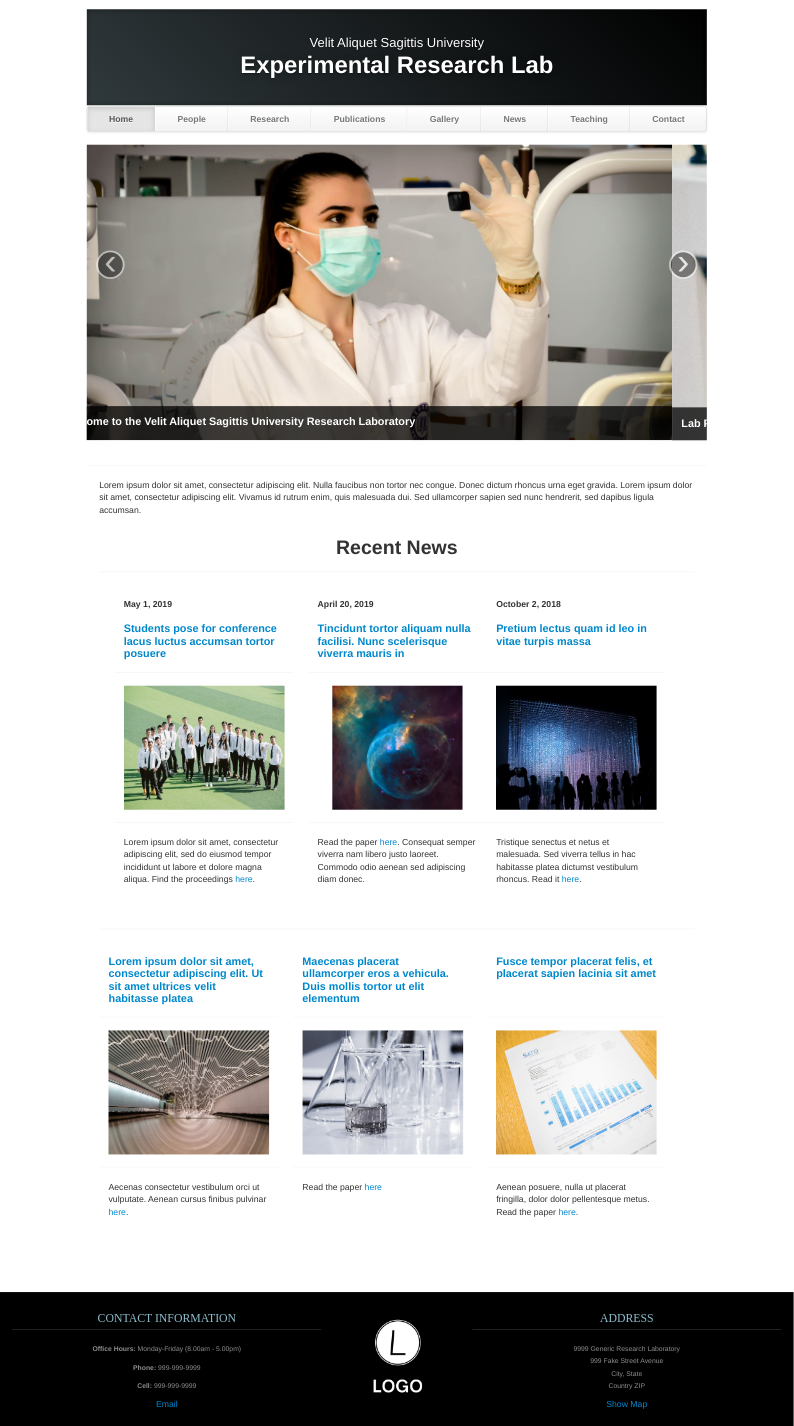
Repository: IAEUC/iaeuc.github.io
Page: index.html
An editor plug-in stored every save of this project. The page is shown before and after the next save, followed by the edit.
The browser window is 1280 px wide. The pictures show the whole page, at 62% of full size.

Above is the page before, as saved 2025-07-27 16:16:06.

After the next save:
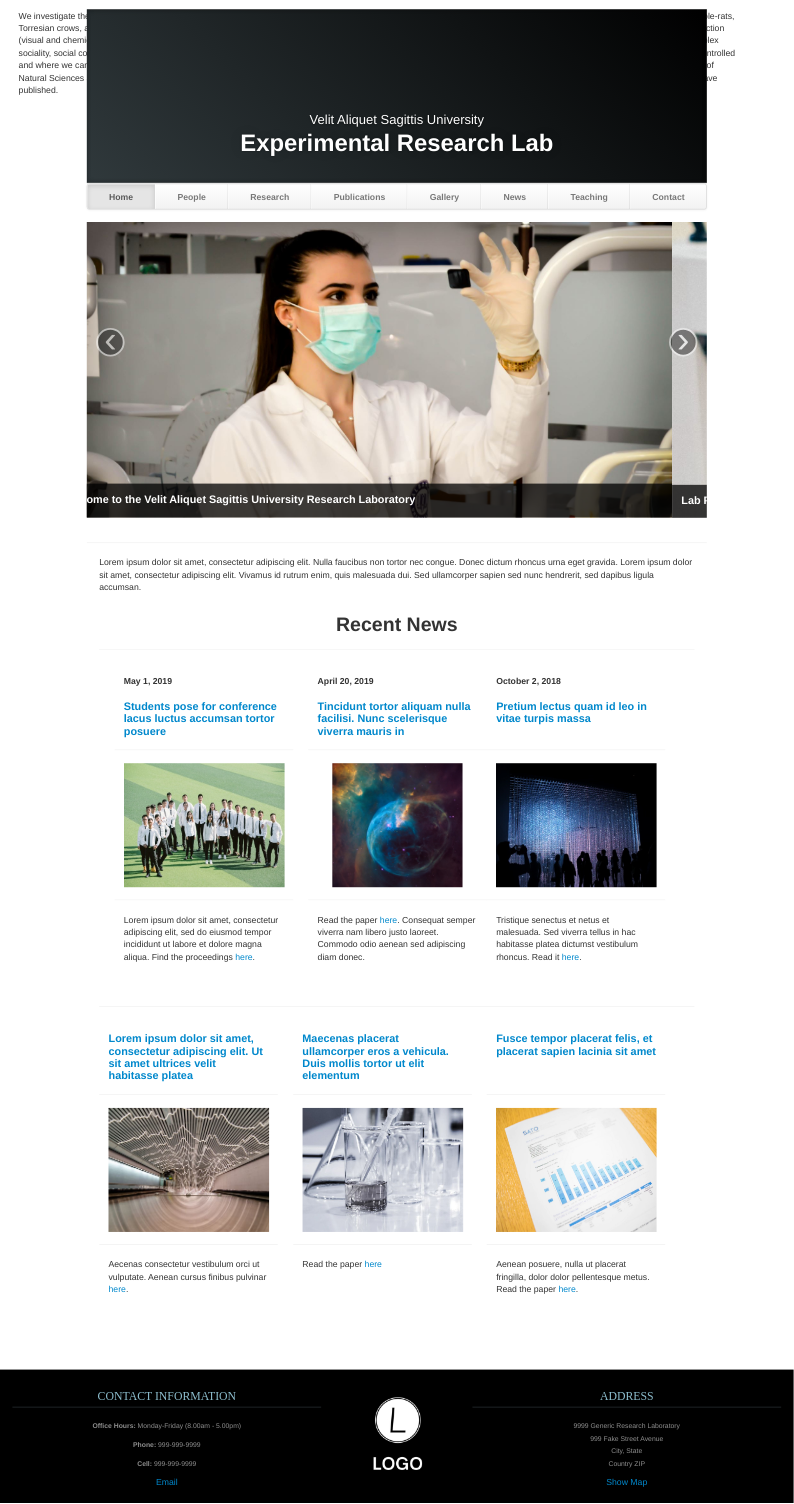
Saved 11 days later.
--- a/index.html
+++ b/index.html
@@ -12,6 +12,19 @@
       <link href="css/theme.css" rel="stylesheet">
    </head>
    <body>
+
+   <div class="span12">
+      <p>
+         We investigate the behaviour, ecology and evolution of lizards. In addition to lizards, we sometimes work on frogs, including cane toads, and have previously worked on snakes, mole-rats, Torresian crows, a turtle, and Malawi cichlids. We also have a new project on Australian magpies! Our research falls into three major themes: 1.) animal communication/sexual selection (visual and chemical signals); 2.) cognition (social learning, culture, behavioural flexibility); and 3.) social behaviour/sociality (evolution of kin-based family living, co-operation, complex sociality, social complexity, parental care, mechanisms of sociality).
+
+      In addition to field work, we work with captive animals in large semi-natural conditions where things are more controlled and where we can conduct behavioural experiments and observations. We also work with animals indoors, for more fine-scaled study, such as cognition.
+
+      We are part of the School of Natural Sciences at Macquarie University in Sydney, Australia. To learn more about what we do, here is a more detailed account of our research and also have a look at what we have published.
+      </p>
+      <br/>
+   </div>
+
+
       <div class="container">
          <header class="jumbotron subhead" id="overview">
             <p class="lead"> Velit Aliquet Sagittis University </p>
